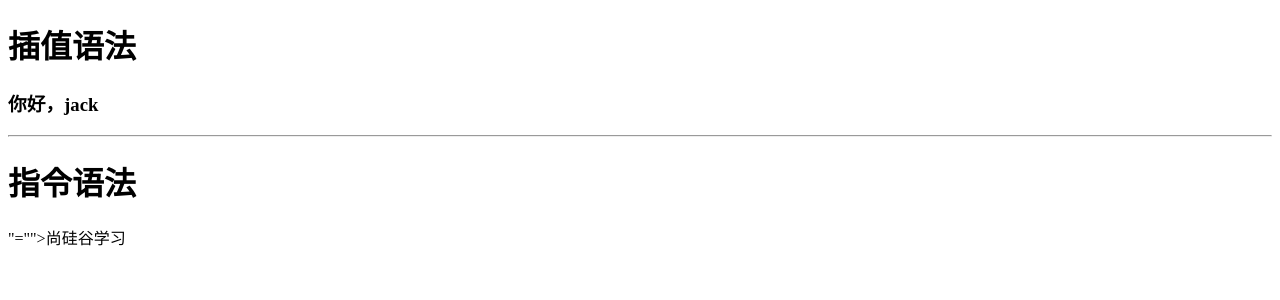
Repository: Lconfident/Learning_Process
Page: Vue/vue_basic/02_Vue模板语法/模板语法.html
An editor plug-in stored every save of this project. The page is shown before and after a run of saves, followed by the edit.
The browser window is 1280 px wide. The pictures show the whole page.

Above is the page before, as saved 2023-07-16 08:59:25.

### Vue/vue_basic/02_Vue模板语法/模板语法.html
<!DOCTYPE html>
<html lang="en">

<head>
    <meta charset="UTF-8">
    <meta name="viewport" content="width=device-width, initial-scale=1.0">
    <title>模板语法</title>
    <!-- 引入Vue -->
    <script type="text/javascript" src="../../js/vue.js"></script>
</head>

<body>
    <!-- 准备好一个容器 -->
    <div id="root">
        <h1>插值语法</h1>
        <h3>你好，{{name}}</h3>

        <hr>

        <h1>指令语法</h1>
        <a href">尚硅谷学习</a>
    </div>

    <script type="text/javascript">
        new Vue({
            el:'#root',
            data:{
                name:'jack',
                url:'http://www.atguigu.com'
            }
        })
    </script>
</body>

</html>

Loaded but not shown: Vue/js/vue.js (library)

After the next 2 saves:
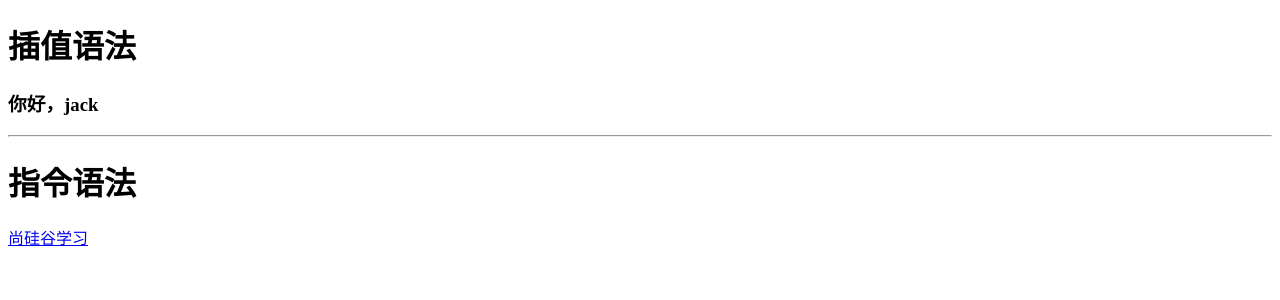
The 2 saves are shown as one change because they came seconds apart.
The last was saved 7 s later.
--- a/Vue/vue_basic/02_Vue模板语法/模板语法.html
+++ b/Vue/vue_basic/02_Vue模板语法/模板语法.html
@@ -18,7 +18,7 @@
         <hr>
 
         <h1>指令语法</h1>
-        <a href">尚硅谷学习</a>
+        <a href="{{url}}">尚硅谷学习</a>
     </div>
 
     <script type="text/javascript">
